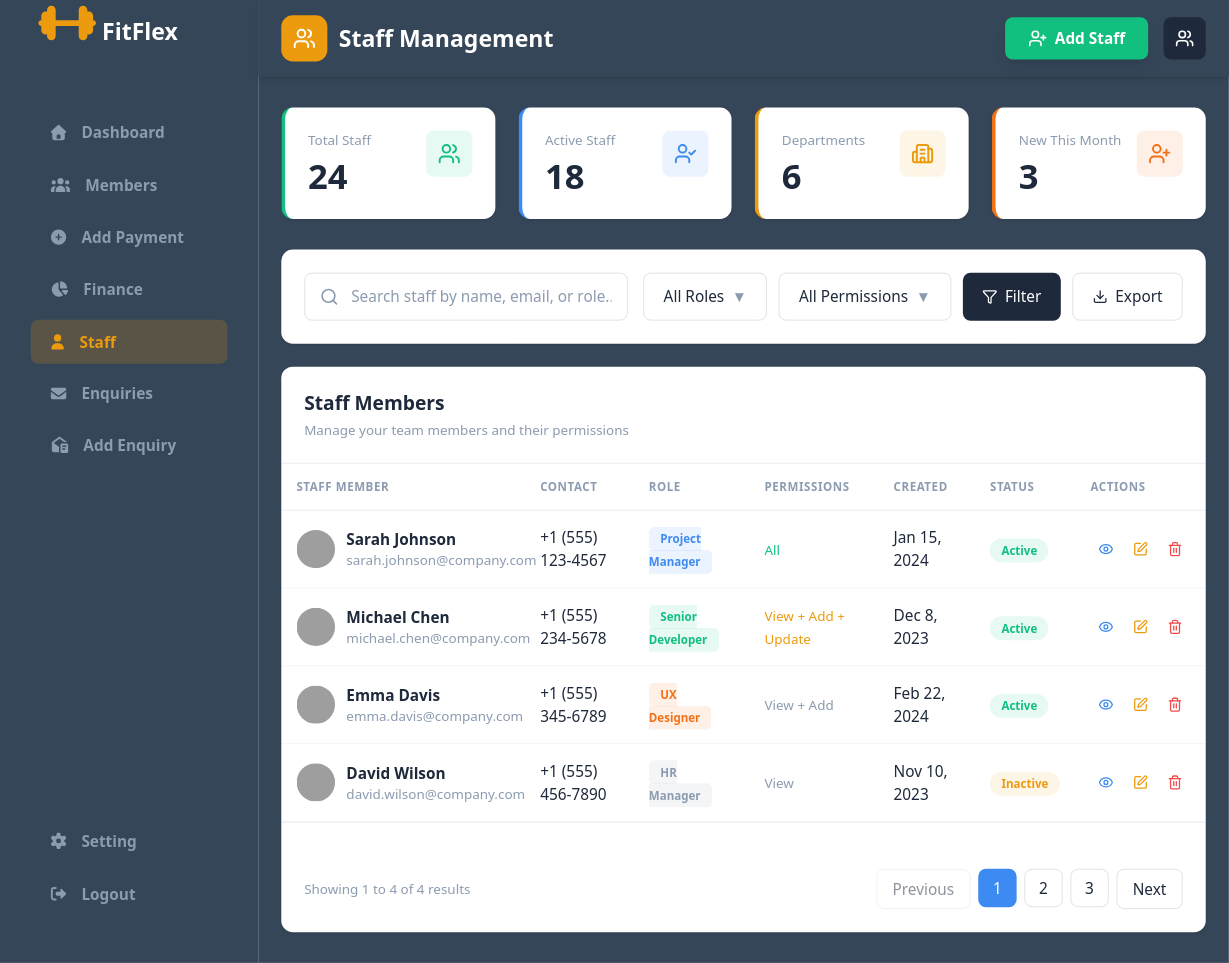
Repository: MuhammadTalhaTaj/gym_management_app_backend
Page: /staff (app in frontend/)
The author's editor kept a copy of each file at every save. The page is drawn from the files as they stood at one save, then again after the next save.
The browser window is 1280 px wide. The pictures show the whole page, at 96% of full size.
Pictures or frames that could not be fetched are drawn as grey boxes. The project was rebuilt for these pictures with package versions that can differ from the ones it lists, and the page was loaded fresh each time. Also part of the build but not shown: frontend/vite.config.ts, frontend/src/assets/styles/AdminHeader.css, frontend/src/Components/AdminHeader.tsx, frontend/src/assets/styles/AdminDashboard.css, frontend/src/hooks/useDashboardData.ts, frontend/src/assets/styles/AdminDashboardStats.css, frontend/src/Components/AdminDashboardStats.tsx, frontend/src/Components/IncomeExpenseChart.tsx and 30 more.

Above is the page before, as saved 2025-11-21 09:55:29.

After the next save:
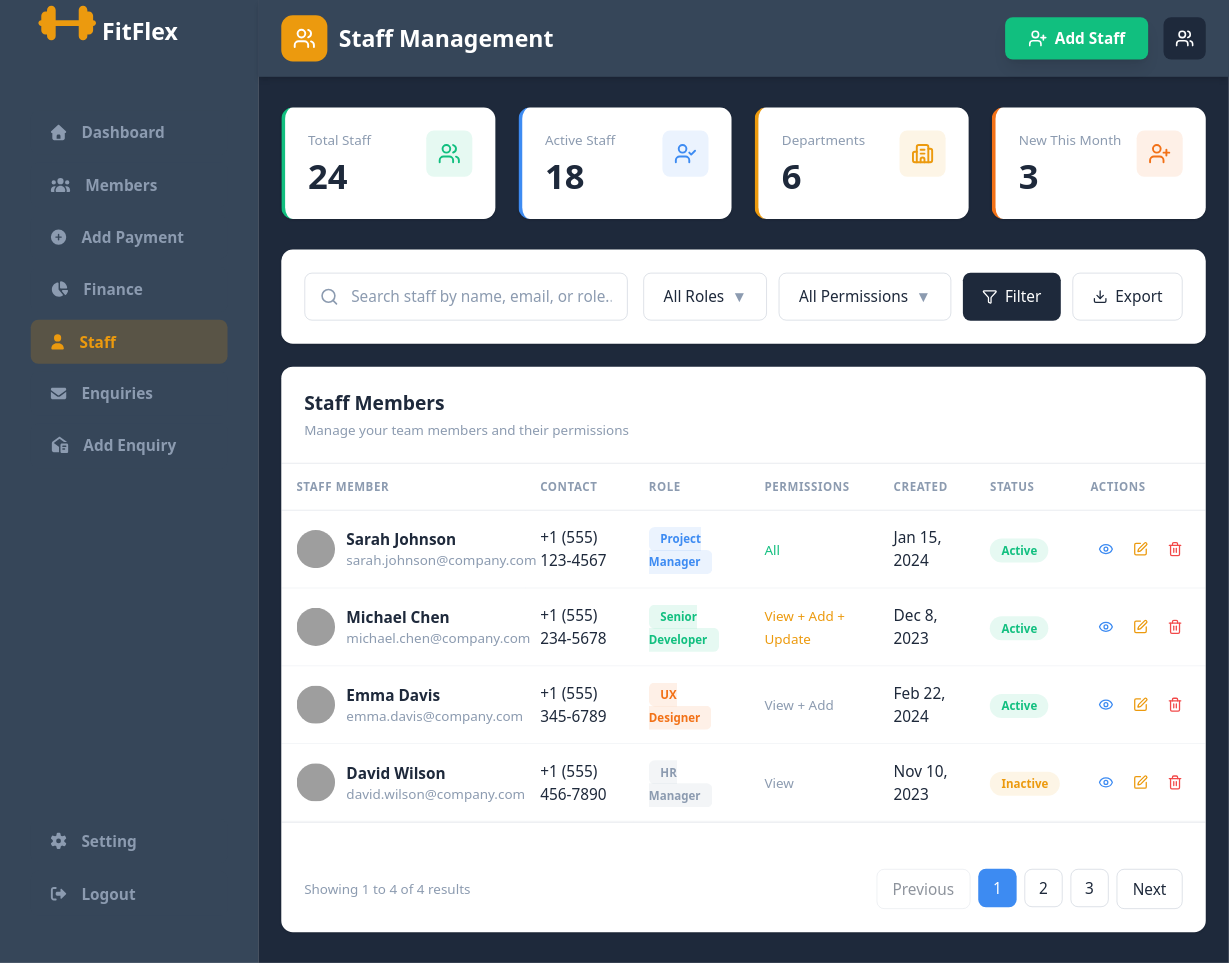
Saved 6 s later.
--- a/frontend/src/pages/Admin/Staff.tsx
+++ b/frontend/src/pages/Admin/Staff.tsx
@@ -262,7 +262,7 @@ const Staff = () => {
   const handleDelete = (id) => console.log('Delete staff:', id);
 
   return (
-    <div className="min-h-screen bg-[var(--primary-100)]">
+    <div className="min-h-screen bg-[var(--primary-200)]">
       {/* Header */}
       <header className="bg-[#364659] shadow-md">
         <div className="max-w-[1600px] mx-auto px-6 py-4 flex items-center justify-between">
